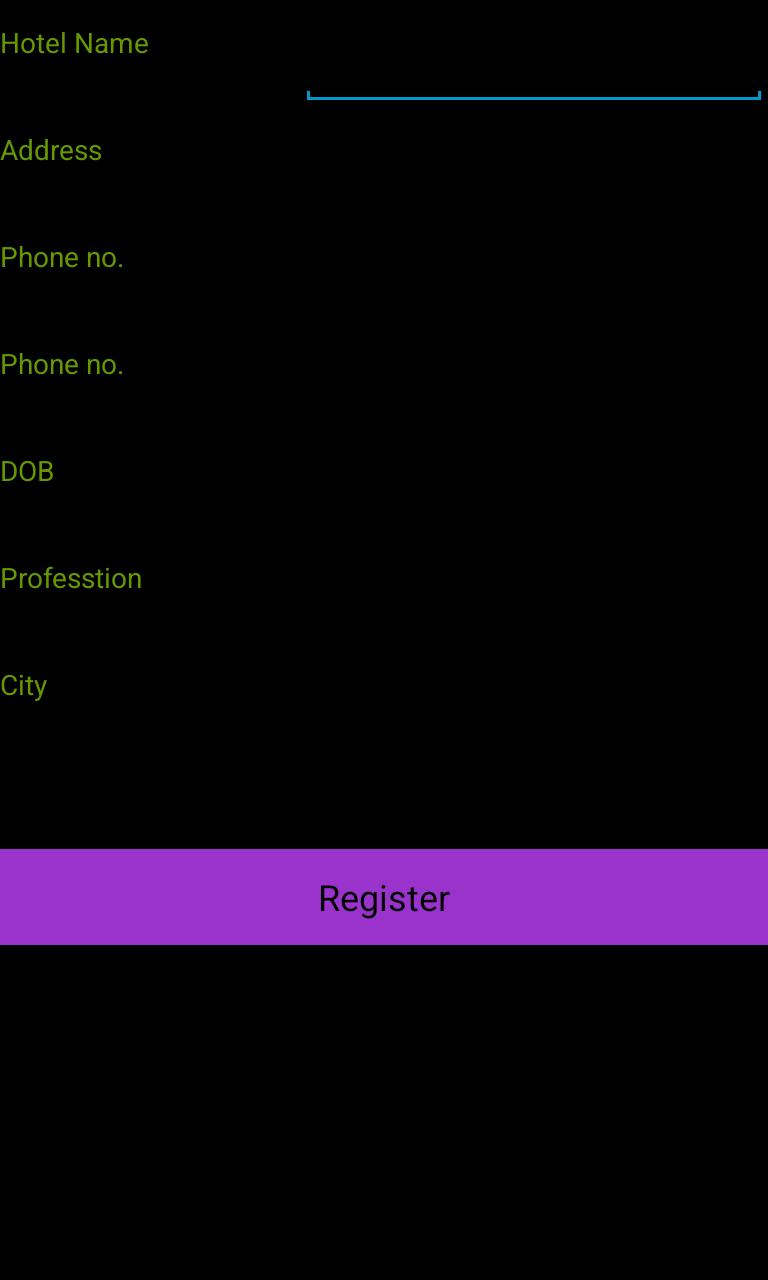
Repository: AungWinnHtut/projAndroid
Layout: com.engineer4myanmar.json.MainActivity/res/layout/activity_admin.xml
These files come from the project's save history. The layout is drawn as it stood at one moment and after the next save; the edit follows.
It is drawn on a 768 x 1280 px phone screen (xhdpi) without system bars, with theme AppTheme; the app's code is not run.

Above is the layout before, as saved 2015-08-26 20:22:46.

After the next save:
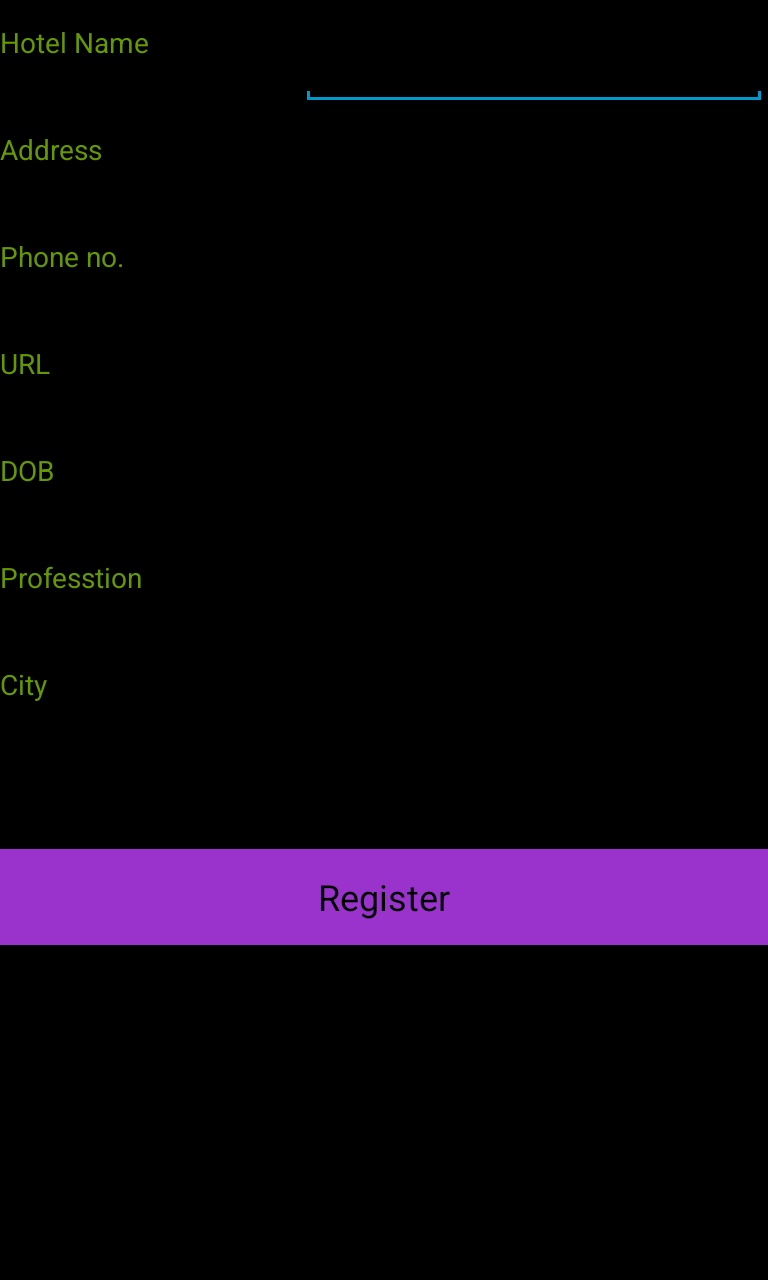
Saved 13 s later.
--- a/com.engineer4myanmar.json.MainActivity/res/layout/activity_admin.xml
+++ b/com.engineer4myanmar.json.MainActivity/res/layout/activity_admin.xml
@@ -83,7 +83,7 @@
             android:id="@+id/textView4"
             android:layout_width="150dp"
             android:layout_height="wrap_content"
-            android:text="Phone no."
+            android:text="URL"
             android:textColor="#669900" />
 
         <EditText
